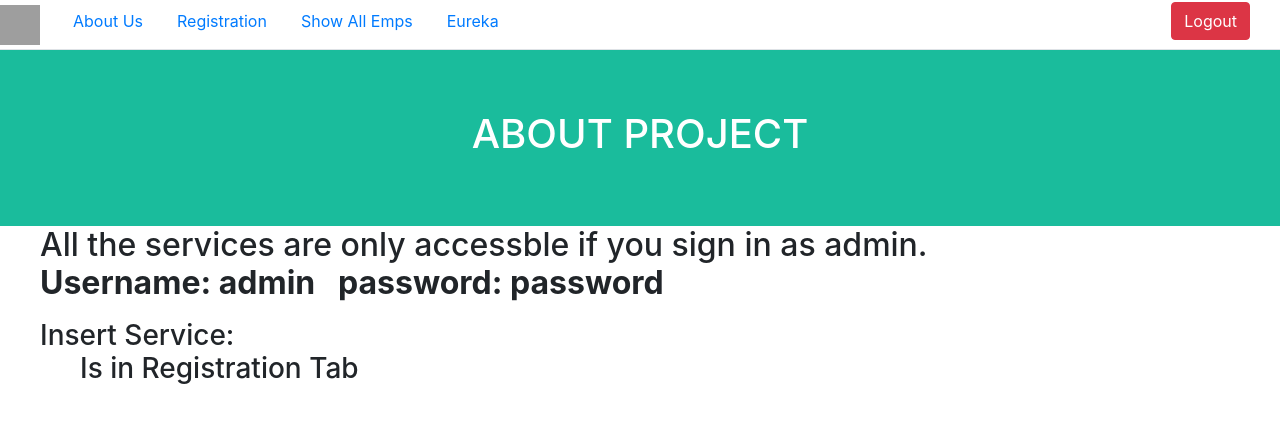
Repository: Shwetank-Chaudhary/EmployeeManagement-
Page: HomePage/src/main/webapp/AboutUs.html
The author's editor kept a copy of each file at every save. The page is drawn from the files as they stood at one save, then again after the next save.
The browser window is 1280 px wide. The pictures show the whole page.
Pictures or frames that could not be fetched are drawn as grey boxes.

Above is the page before, as saved 2024-01-01 17:14:06.

### HomePage/src/main/webapp/AboutUs.html
<!DOCTYPE html>
<html>

<head>
	<meta charset="UTF-8">
	<title>ABOUT PROJECT</title>
	<link rel="stylesheet" href="https://cdn.jsdelivr.net/npm/bootstrap@4.0.0/dist/css/bootstrap.min.css"
		integrity="sha384-Gn5384xqQ1aoWXA+058RXPxPg6fy4IWvTNh0E263XmFcJlSAwiGgFAW/dAiS6JXm" crossorigin="anonymous"
		type="text/css">

	<style>
		.header {
			padding: 60px;
			text-align: center;
			background: #1abc9c;
			color: white;
			font-size: 30px;
		}

		#logout {
			position: absolute;
			right: 30px;
			top: 2px;
		}
	</style>
</head>

<body>
	<ul class="nav nav-tabs">
		<!-- Logo -->
		<li class="nav-item">
			<a class="navbar-brand" href="Home.html">
				<img src="https://drive.google.com/uc?id=1iFuzqzRuZ8NSsH9akJaVqbD3UM7I9Yh6" alt="Logo" height="40"
					width="40">
			</a>
		</li>
		<li class="nav-item-active">
			<a class="nav-link" href="AboutUs.html">About Us</a>
		</li>
		<li class="nav-item">
			<a class="nav-link" href="./Registration.html">Registration</a>
		</li>
		<li class="nav-item">
			<a class="nav-link" href="ADMIN_showemp.html">Show All Emps</a>
		</li>
		<li class="nav-item">
			<a class="nav-link" href="http://localhost:8761/">Eureka</a>
		</li>

		<li class="nav-item">
			<a href="http://localhost:1080/logout"><button class="btn btn-danger" id="logout">Logout</button></a>
		</li>
	</ul>
	<div class="header">
		<h1>ABOUT PROJECT</h1>
	</div>
		<ul><h2>All the services are only accessble if you sign in as admin.<br>
		<b>Username: admin &nbsp; password: password</b></h2></ul>
		<h3><ul>Insert Service:
			<ul>Is in Registration Tab</ul>
		</ul>
		</h3>
		</div>

</body>

</html>

After the next save:
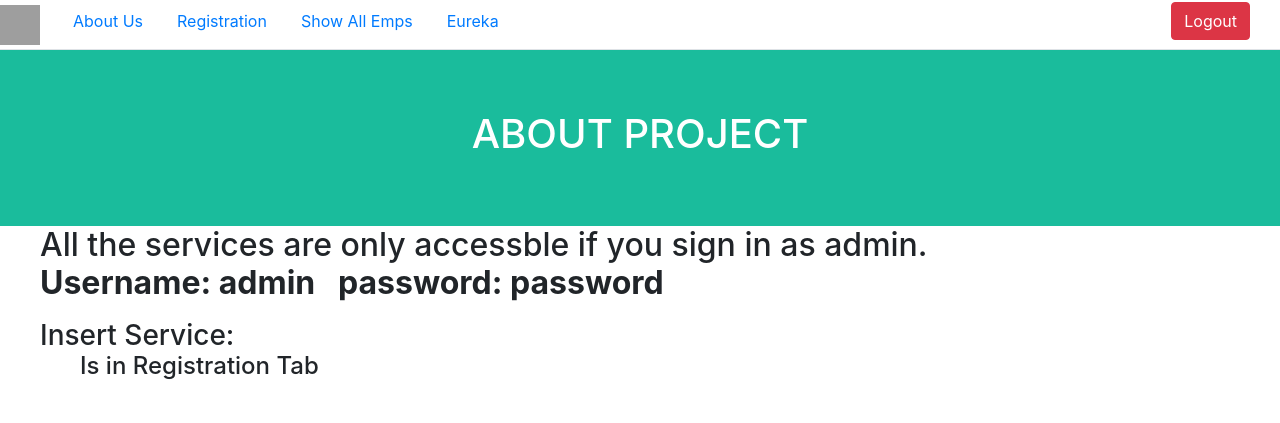
Saved 25 s later.
--- a/HomePage/src/main/webapp/AboutUs.html
+++ b/HomePage/src/main/webapp/AboutUs.html
@@ -57,7 +57,7 @@
 		<ul><h2>All the services are only accessble if you sign in as admin.<br>
 		<b>Username: admin &nbsp; password: password</b></h2></ul>
 		<h3><ul>Insert Service:
-			<ul>Is in Registration Tab</ul>
+			<h4><ul>Is in Registration Tab</ul></h4>
 		</ul>
 		</h3>
 		</div>
